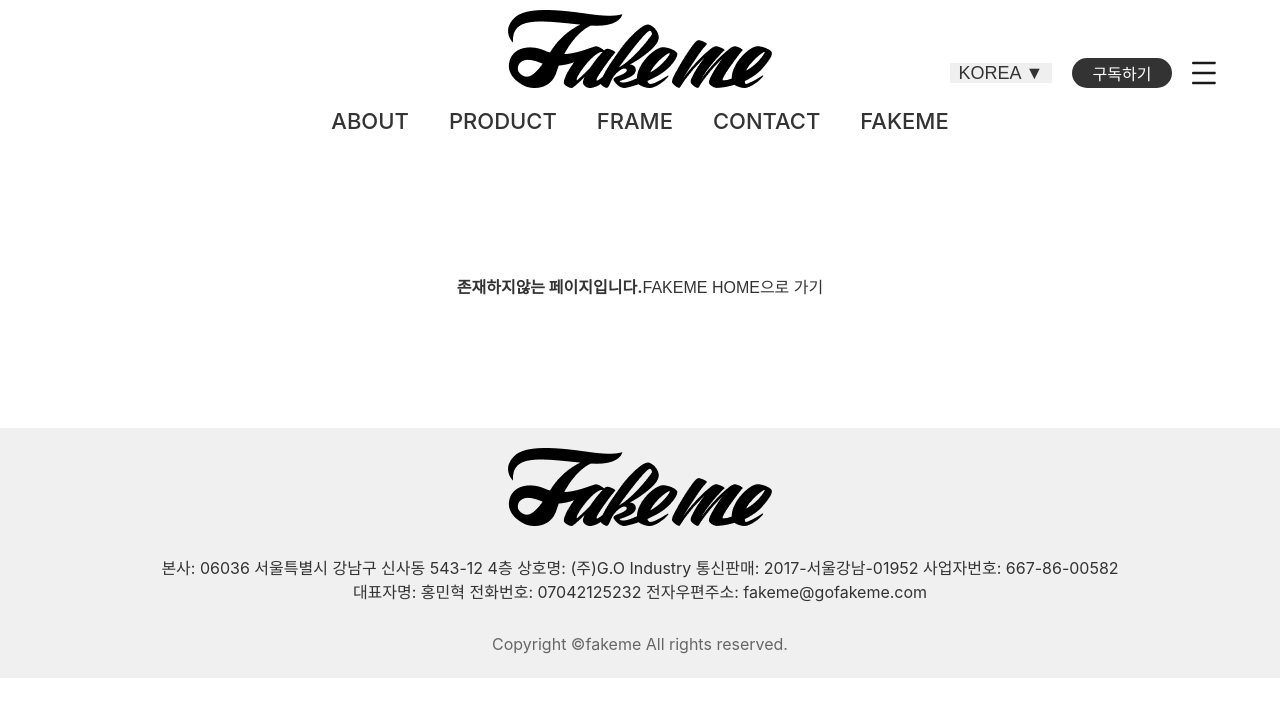
Repository: songjiwon17/fakeme_project
Page: /login
These files come from the project's save history. The page is drawn as it stood at one moment and after the next save; the edit follows.
The browser window is 1280 px wide. The pictures show the whole page.
The project was rebuilt for these pictures with package versions that can differ from the ones it lists, and the page was loaded fresh each time. Also part of the build but not shown: src/data/tab.js, src/pages/Main.jsx, src/pages/About.jsx, src/data/product.js, src/pages/Product.jsx, src/pages/Frame.jsx, src/pages/Contact.jsx, src/pages/Fakeme.jsx.

Above is the page before, as saved 2023-11-27 21:24:40.

After the next save:
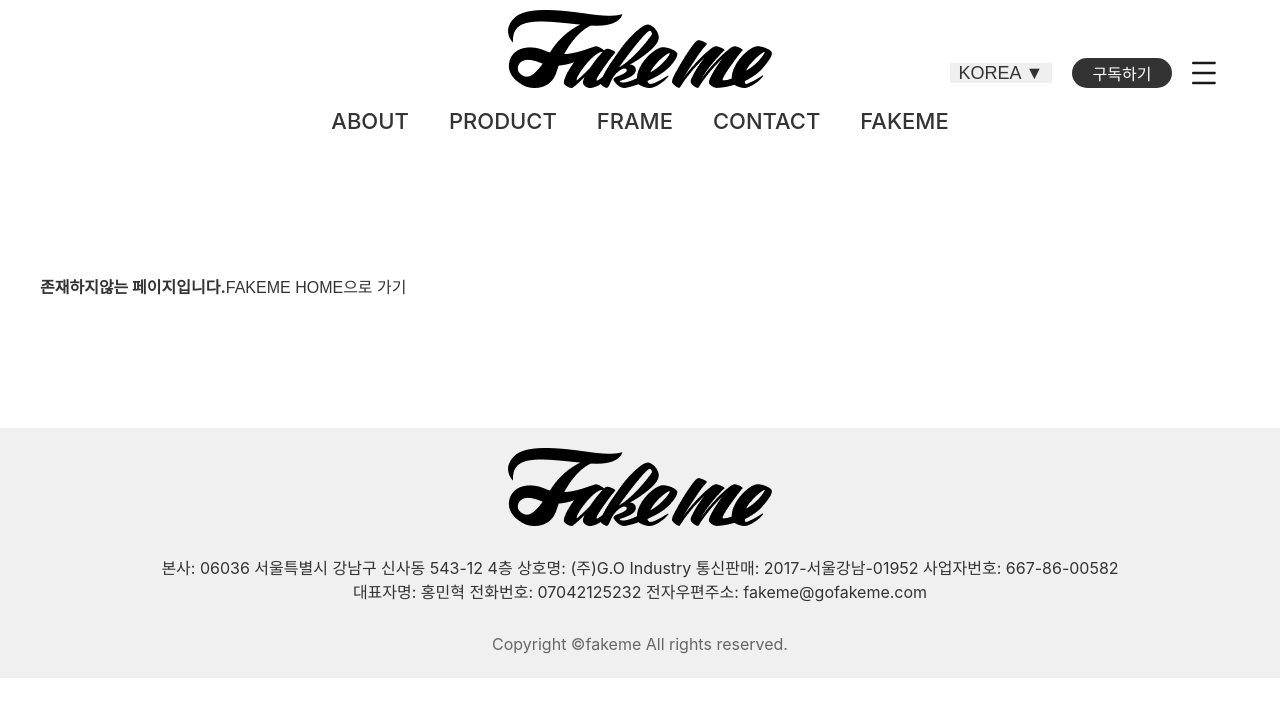
Saved 17 s later.
--- a/src/components/App.css
+++ b/src/components/App.css
@@ -18,7 +18,7 @@
 .content .txt{margin: 0 0 40px; text-align: center; color: #777;}
 
 /* NotFoundPage */
-.NotFoundinner{width: 1200px; margin: 0 auto; display: flex; justify-content: center; align-items: center;}
+.NotFoundinner{width: 1200px; margin: 0 auto; display: flex; align-items: center;}
 
 @media screen and (max-width:1200px) {
   .content{padding: 100px 30px;}
